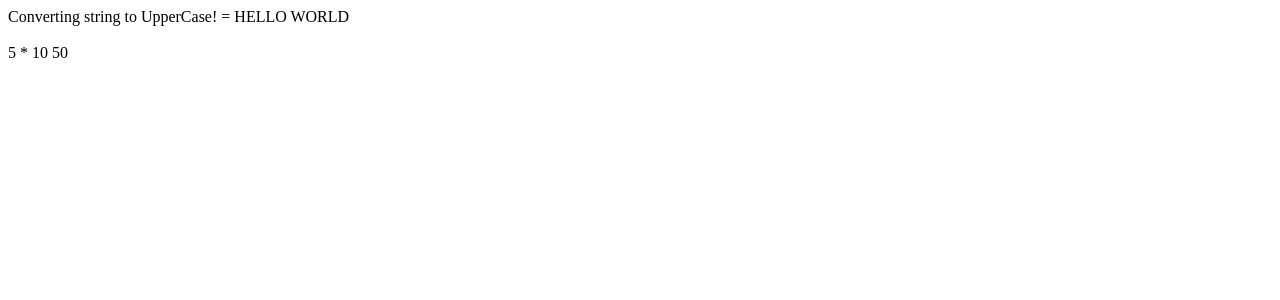
Repository: Gyepike/JSP
Page: http://localhost/JSPDemo/Expression.jsp
These files come from the project's save history. The page is drawn as it stood at one moment and after a run of saves; the edit follows.
The browser window is 1280 px wide. The pictures show the whole page.
The page is served by Tomcat 9.

Above is the page before, as saved 2020-10-29 18:53:47.

After the next 2 saves:
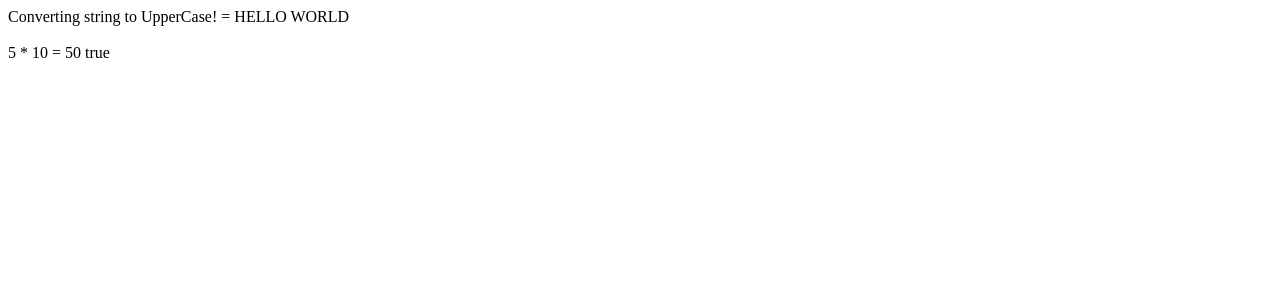
The 2 saves are shown as one change because 1 did not build or start.
The last was saved 101 s later.
--- a/JSPDemo/WebContent/Expression.jsp
+++ b/JSPDemo/WebContent/Expression.jsp
@@ -10,6 +10,7 @@
    Converting string to UpperCase! = <%= new String("hello world").toUpperCase() %>
    <br/>
    <br/>
-   5 * 10 <%= 5 * 10 %>
+   5 * 10 =  <%= 5 * 10 %>
+   <%= 9 < 10 %>
 </body>
 </html>
